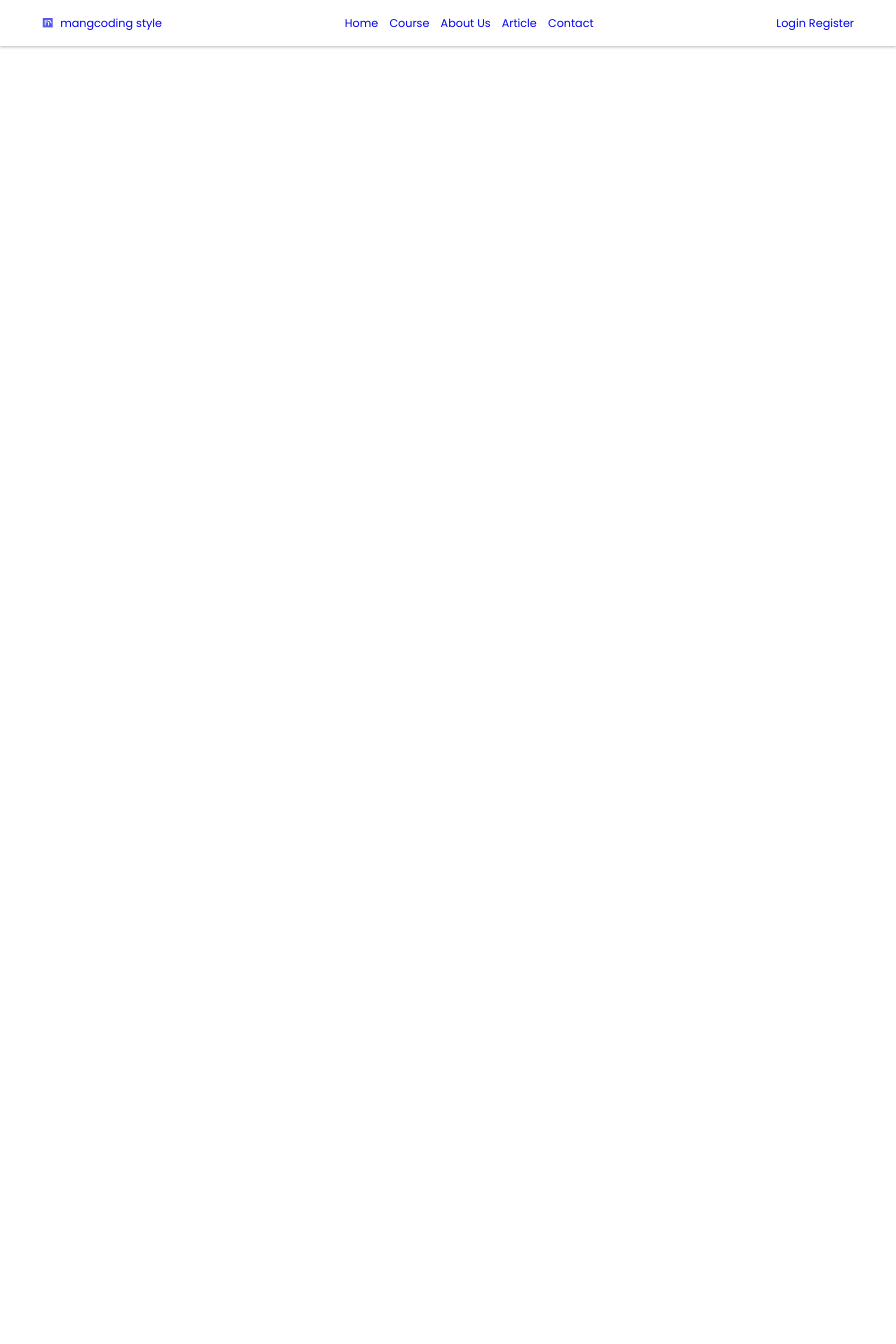
Repository: Dania-Alqam/landing-page
Page: index.html
An editor plug-in stored every save of this project. The page is shown before and after the next save, followed by the edit.
The browser window is 1280 px wide. The pictures show the part of the page from y = 0 to 1920 px (the page is 5000 px tall), at 70% of full size.

Above is the page before, as saved 2024-06-21 19:43:06.

### index.html
<!DOCTYPE html>
<html lang="en">
  <head>
    <meta charset="UTF-8" />
    <meta name="viewport" content="width=device-width, initial-scale=1.0" />
    <title>Document</title>
    <link rel="stylesheet" href="./assests/css/main.css" />
  </head>
  <body>
    <header class="header">
      <div class="container">
        <div class="row">
          <div class="logo">
            <img src="./assests/images/Logo.svg" alt="logo" />
            <a href="#">mangcoding style</a>
          </div>
          <nav class="nav">
            <ul>
              <li>
                <a href="#">Home</a>
              </li>
              <li>
                <a href="#">Course</a>
              </li>
              <li>
                <a href="#">About Us</a>
              </li>
              <li>
                <a href="#">Article</a>
              </li>
              <li>
                <a href="#">Contact</a>
              </li>
            </ul>
          </nav>
          <div class="auth">
            <a href="#">Login</a>
            <a href="#">Register</a>
          </div>
        </div>
      </div>
    </header>
  </body>
</html>

### assests/css/main.css
@import url(./public.css);
.header{
    /* it will not work becuase we added contianer so we add row*/
    /* display: flex; */
    position: sticky;
    top: 0;
    box-shadow: 0px 4px 4px rgba(0, 0, 0, 0.25);
    padding: 20px 0 ;
}

.nav ul{
    display: flex;
    gap: 16px;
}
.header .logo{
    display: flex;
    align-items: center;
    gap: 10px;
}
.header .logo img{

}

### assests/css/public.css
@import url('https://fonts.googleapis.com/css2?family=Poppins:ital,wght@0,100;0,200;0,300;0,400;0,500;0,600;0,700;0,800;0,900;1,100;1,200;1,300;1,400;1,500;1,600;1,700;1,800;1,900&display=swap');
@import url('https://fonts.googleapis.com/css2?family=Inter:wght@100..900&display=swap');

*{
    margin: 0;
    padding: 0;
    box-sizing: border-box;
}
:root{
    --mainFont: "Poppins", sans-serif;
    --subFont:  "Inter", sans-serif;
    --mainColor: #545BE8;

}
body{
    font-family: var(--mainFont);
    height: 5000px;
}
a{
    text-decoration: none;
}
ul{
    list-style: none;
}
.row{
    display: flex;
    justify-content: space-between;
    align-items: center;
}

.container{
    /* width from fugma is 60px from each side*/
    width: calc(100% - 120px);
    margin: auto;
}

After the next save:
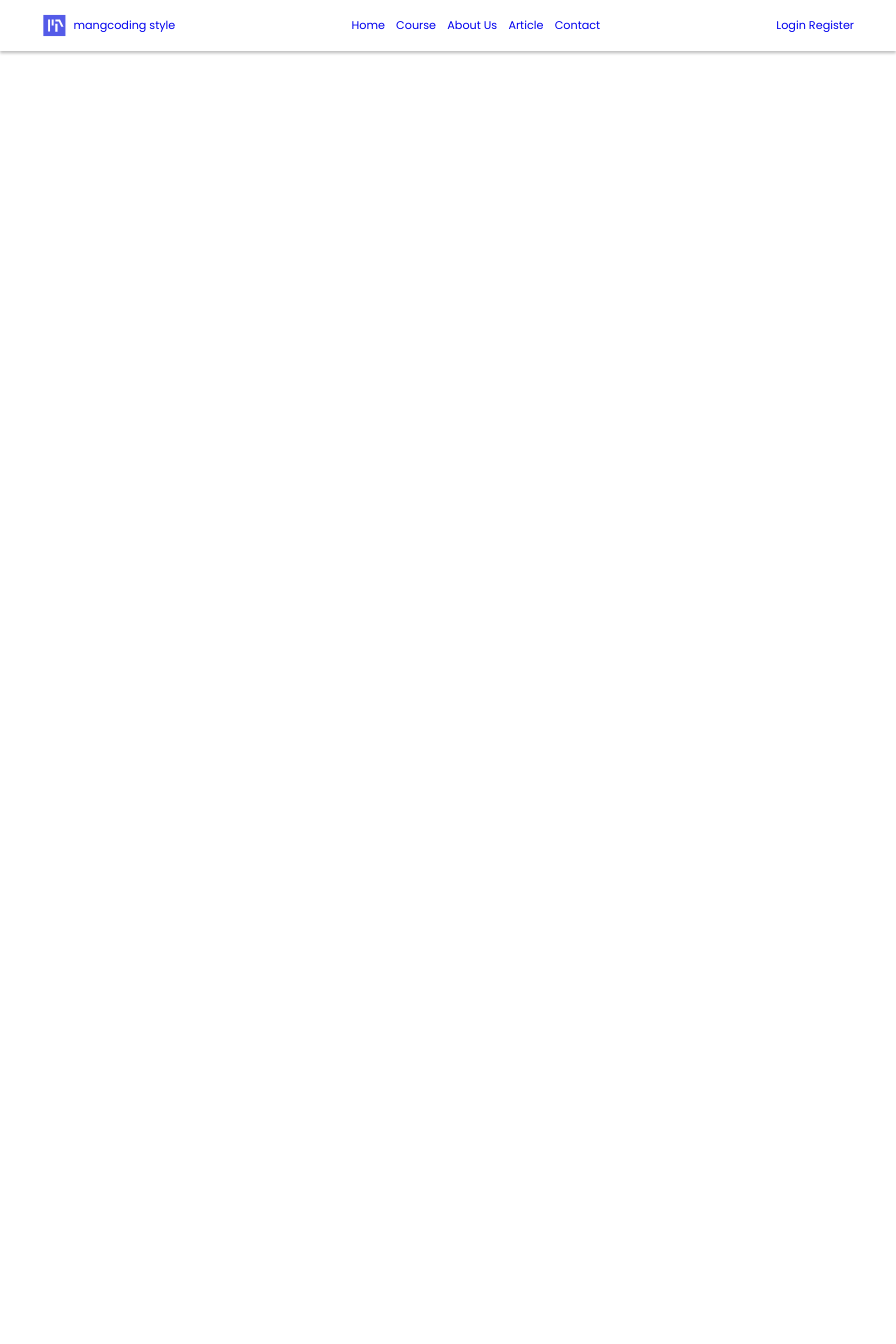
Saved 5 s later.
--- a/assests/css/main.css
+++ b/assests/css/main.css
@@ -18,5 +18,5 @@
     gap: 10px;
 }
 .header .logo img{
-
+    width: 35px;
 }
